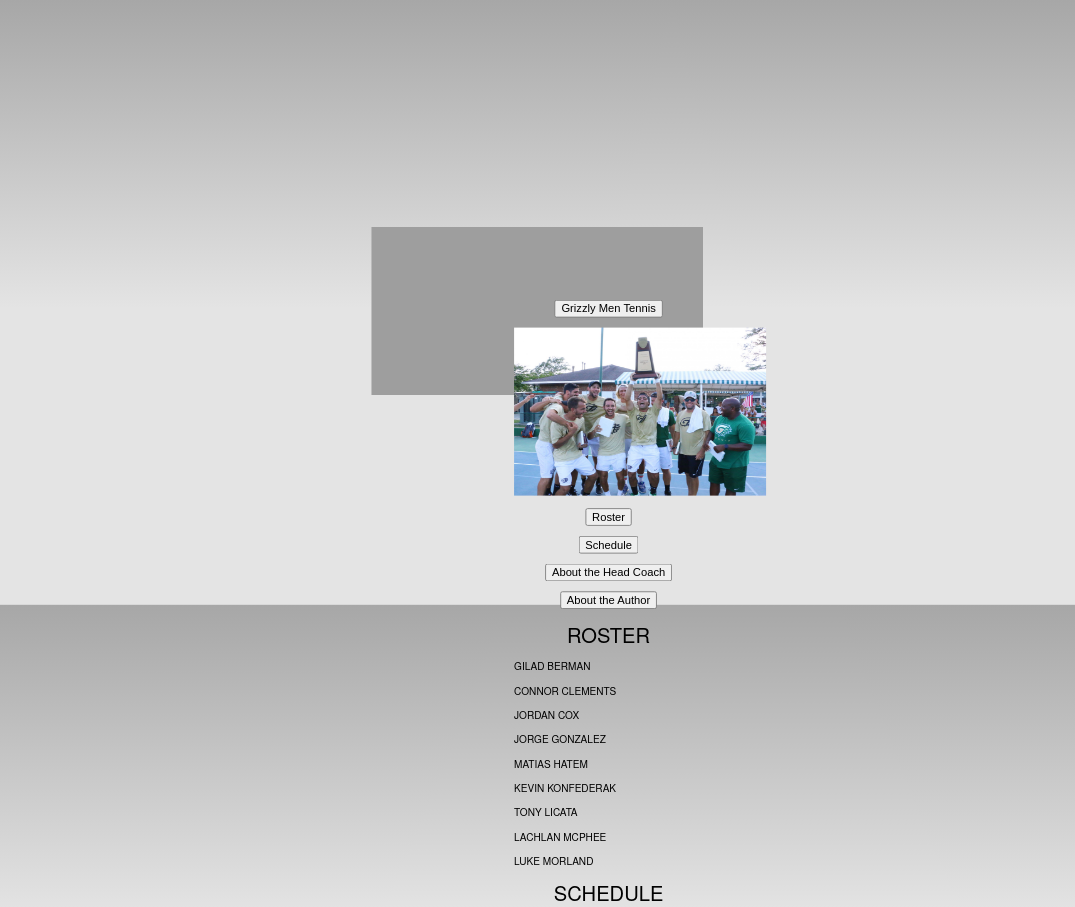
Repository: qtran3/itec4550
Page: EXAM1/TennisAppWebView/index.html
An editor plug-in stored every save of this project. The page is shown before and after the next save, followed by the edit.
The browser window is 1280 px wide. The pictures show the whole page, at 84% of full size.
Pictures or frames that could not be fetched are drawn as grey boxes. Backgrounds fixed to the window are drawn as part of the page.

Above is the page before, as saved 2016-06-01 16:24:24.

### EXAM1/TennisAppWebView/index.html
<!DOCTYPE html>
<!--
    Licensed to the Apache Software Foundation (ASF) under one
    or more contributor license agreements.  See the NOTICE file
    distributed with this work for additional information
    regarding copyright ownership.  The ASF licenses this file
    to you under the Apache License, Version 2.0 (the
    "License"); you may not use this file except in compliance
    with the License.  You may obtain a copy of the License at

    http://www.apache.org/licenses/LICENSE-2.0

    Unless required by applicable law or agreed to in writing,
    software distributed under the License is distributed on an
    "AS IS" BASIS, WITHOUT WARRANTIES OR CONDITIONS OF ANY
     KIND, either express or implied.  See the License for the
    specific language governing permissions and limitations
    under the License.
-->
<html>
    <head>
        <!--
        Customize this policy to fit your own app's needs. For more guidance, see:
            https://github.com/apache/cordova-plugin-whitelist/blob/master/README.md#content-security-policy
        Some notes:
            * gap: is required only on iOS (when using UIWebView) and is needed for JS->native communication
            * https://ssl.gstatic.com is required only on Android and is needed for TalkBack to function properly
            * Disables use of inline scripts in order to mitigate risk of XSS vulnerabilities. To change this:
                * Enable inline JS: add 'unsafe-inline' to default-src
        -->
        <meta http-equiv="Content-Security-Policy" content="default-src 'self' data: gap: https://ssl.gstatic.com 'unsafe-eval'; style-src 'self' 'unsafe-inline'; media-src *">
        <meta name="format-detection" content="telephone=no">
        <meta name="msapplication-tap-highlight" content="no">
        <meta name="viewport" content="user-scalable=no, initial-scale=1, maximum-scale=1, minimum-scale=1, width=device-width">
        <link rel="stylesheet" type="text/css" href="css/index.css">
        <title>Grizzly Men Tennis</title>
    </head>
    <body>
        <div class="app">
        	<div id="mainPage" align="center">
            	<p> <button id="homePagebuutton">Grizzly Men Tennis</button></p>
				<p>
				  <img src="img/Tennis-10.jpg" height="200px" width="300px" />
				</p>
				<p>
					<button id="rosterButton">Roster</button>
				</p>
				<p>
					<button id="scheduleButton">Schedule</button>
				</p>
				<p>
					<button id="coachButton">About the Head Coach</button>
				</p>
				<p>
					<button id="authorButton">About the Author</button>
				</p>
			</div>

			<div id="rosterPage">
				<h1>Roster</h1>
				<div align="left">
					<p>Gilad Berman</p>
					<p>Connor Clements</p>
					<p>Jordan Cox</p>
					<p>Jorge Gonzalez</p>
					<p>Matias Hatem</p>
					<p>Kevin Konfederak</p>
					<p>Tony Licata</p>
					<p>Lachlan McPhee</p>
					<p>Luke Morland</p>
				</div>

				<div id="schedulePage">
					<h1 align="center"> Schedule</h1>
				</div>
            </div>

        </div>

<!--
        <script type="text/javascript" src="cordova.js"></script>
-->
        <script type="text/javascript" src="js/index.js"></script>
    </body>
</html>

### EXAM1/TennisAppWebView/css/index.css
/*
 * Licensed to the Apache Software Foundation (ASF) under one
 * or more contributor license agreements.  See the NOTICE file
 * distributed with this work for additional information
 * regarding copyright ownership.  The ASF licenses this file
 * to you under the Apache License, Version 2.0 (the
 * "License"); you may not use this file except in compliance
 * with the License.  You may obtain a copy of the License at
 *
 * http://www.apache.org/licenses/LICENSE-2.0
 *
 * Unless required by applicable law or agreed to in writing,
 * software distributed under the License is distributed on an
 * "AS IS" BASIS, WITHOUT WARRANTIES OR CONDITIONS OF ANY
 * KIND, either express or implied.  See the License for the
 * specific language governing permissions and limitations
 * under the License.
 */
* {
    -webkit-tap-highlight-color: rgba(0,0,0,0); /* make transparent link selection, adjust last value opacity 0 to 1.0 */
}

body {
    -webkit-touch-callout: none;                /* prevent callout to copy image, etc when tap to hold */
    -webkit-text-size-adjust: none;             /* prevent webkit from resizing text to fit */
    -webkit-user-select: none;                  /* prevent copy paste, to allow, change 'none' to 'text' */
    background-color:#E4E4E4;
    background-image:linear-gradient(top, #A7A7A7 0%, #E4E4E4 51%);
    background-image:-webkit-linear-gradient(top, #A7A7A7 0%, #E4E4E4 51%);
    background-image:-ms-linear-gradient(top, #A7A7A7 0%, #E4E4E4 51%);
    background-image:-webkit-gradient(
        linear,
        left top,
        left bottom,
        color-stop(0, #A7A7A7),
        color-stop(0.51, #E4E4E4)
    );
    background-attachment:fixed;
    font-family:'HelveticaNeue-Light', 'HelveticaNeue', Helvetica, Arial, sans-serif;
    font-size:12px;
    height:100%;
    margin:0px;
    padding:0px;
    text-transform:uppercase;
    width:100%;
}

/* Portrait layout (default) */
.app {
    background:url(../img/logo.png) no-repeat center top; /* 170px x 200px */
    position:absolute;             /* position in the center of the screen */
    left:50%;
    top:50%;
    height:50px;                   /* text area height */
    width:225px;                   /* text area width */
    text-align:center;
    padding:180px 0px 0px 0px;     /* image height is 200px (bottom 20px are overlapped with text) */
    margin:-115px 0px 0px -112px;  /* offset vertical: half of image height and text area height */
                                   /* offset horizontal: half of text area width */
}

/* Landscape layout (with min-width) */
@media screen and (min-aspect-ratio: 1/1) and (min-width:400px) {
    .app {
        background-position:left center;
        padding:75px 0px 75px 170px;  /* padding-top + padding-bottom + text area = image height */
        margin:-90px 0px 0px -198px;  /* offset vertical: half of image height */
                                      /* offset horizontal: half of image width and text area width */
    }
}

h1 {
    font-size:24px;
    font-weight:normal;
    margin:0px;
    overflow:visible;
    padding:0px;
    text-align:center;
}

.event {
    border-radius:4px;
    -webkit-border-radius:4px;
    color:#FFFFFF;
    font-size:12px;
    margin:0px 30px;
    padding:2px 0px;
}

.event.listening {
    background-color:#333333;
    display:block;
}

.event.received {
    background-color:#4B946A;
    display:none;
}

@keyframes fade {
    from { opacity: 1.0; }
    50% { opacity: 0.4; }
    to { opacity: 1.0; }
}

@-webkit-keyframes fade {
    from { opacity: 1.0; }
    50% { opacity: 0.4; }
    to { opacity: 1.0; }
}

.blink {
    animation:fade 3000ms infinite;
    -webkit-animation:fade 3000ms infinite;
}

Loaded but not shown: EXAM1/TennisAppWebView/js/index.js (common file)

After the next save:
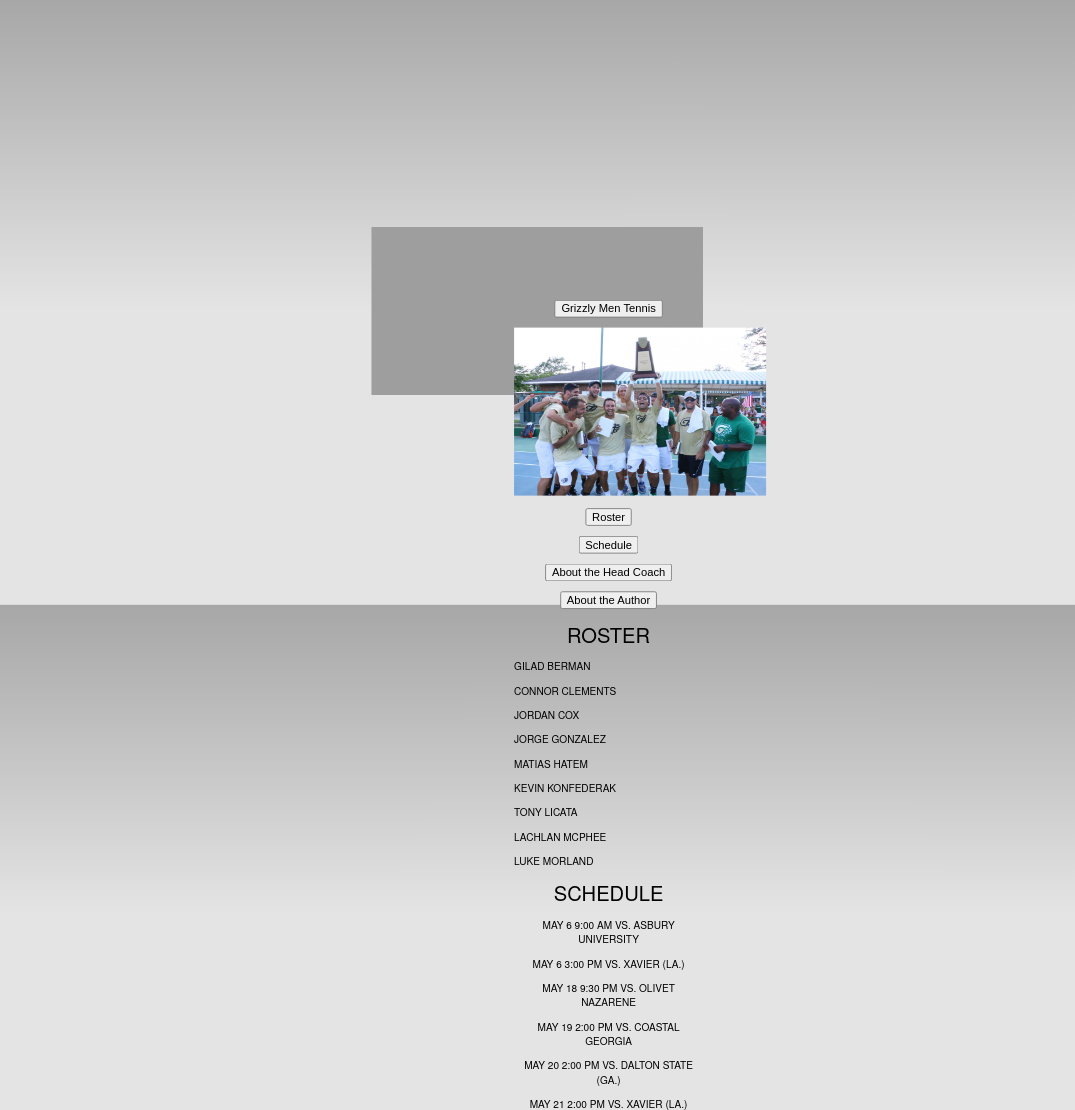
Saved 8 min 5 s later.
--- a/EXAM1/TennisAppWebView/index.html
+++ b/EXAM1/TennisAppWebView/index.html
@@ -72,6 +72,13 @@
 
 				<div id="schedulePage">
 					<h1 align="center"> Schedule</h1>
+					<p>May  6 9:00 AM	 vs. Asbury University</p>
+					<p>May  6 3:00 PM	 vs. Xavier (La.)</p>
+					<p>May 18 9:30 PM	 vs. Olivet Nazarene </p>
+					<p>May 19 2:00 PM	 vs. Coastal Georgia</p>
+					<p>May 20 2:00 PM	 vs. Dalton State (Ga.)</p>
+					<p>May 21 2:00 PM	 vs. Xavier (La.)</p>
+
 				</div>
             </div>
 
